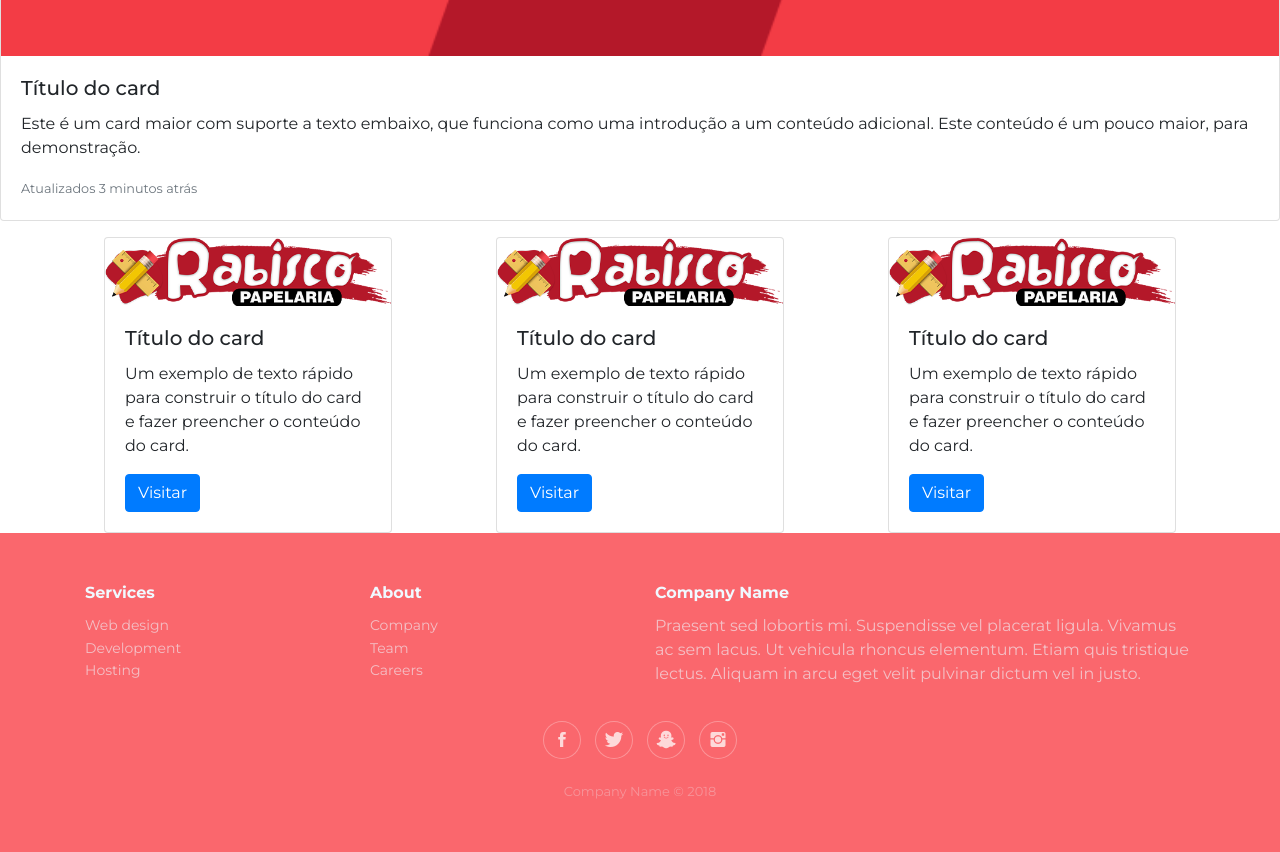
Repository: mateus-henrique-silva/SiteJonas
Page: index.html
An editor plug-in stored every save of this project. The page is shown before and after the next save, followed by the edit.
The browser window is 1280 px wide. The pictures show the part of the page from y = 1620 to 2572 px (the page is 2472 px tall before and 2572 px after).
Some web libraries are served in a nearby version.

Above is the page before, as saved 2022-07-21 12:48:35.

After the next save:
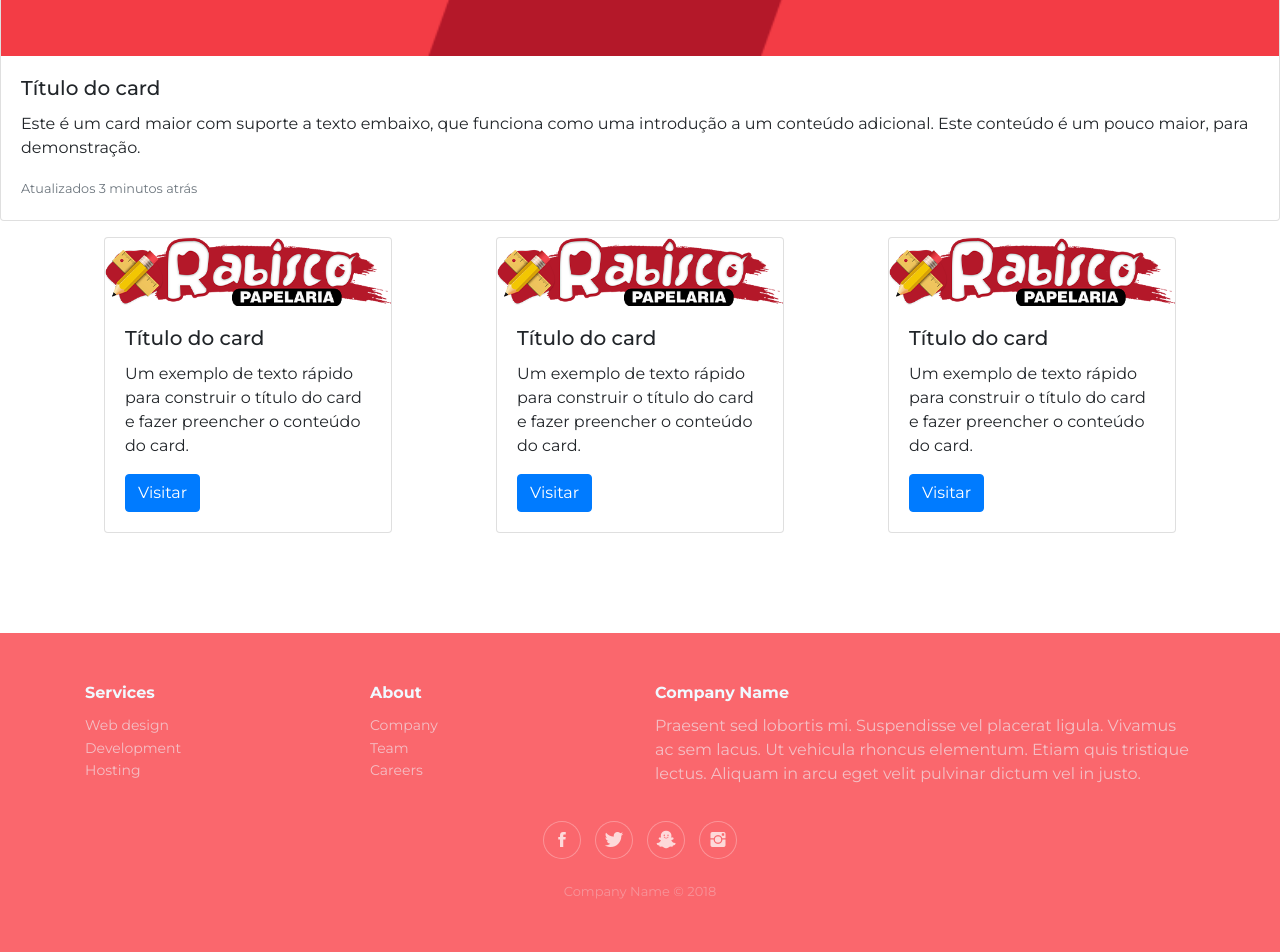
Saved 5 s later.
--- a/src/style/Product/product.css
+++ b/src/style/Product/product.css
@@ -16,5 +16,5 @@
     width: 100%;
     display: flex;
     justify-content: space-evenly;
-    marg
+    margin-bottom:100px;
 }
